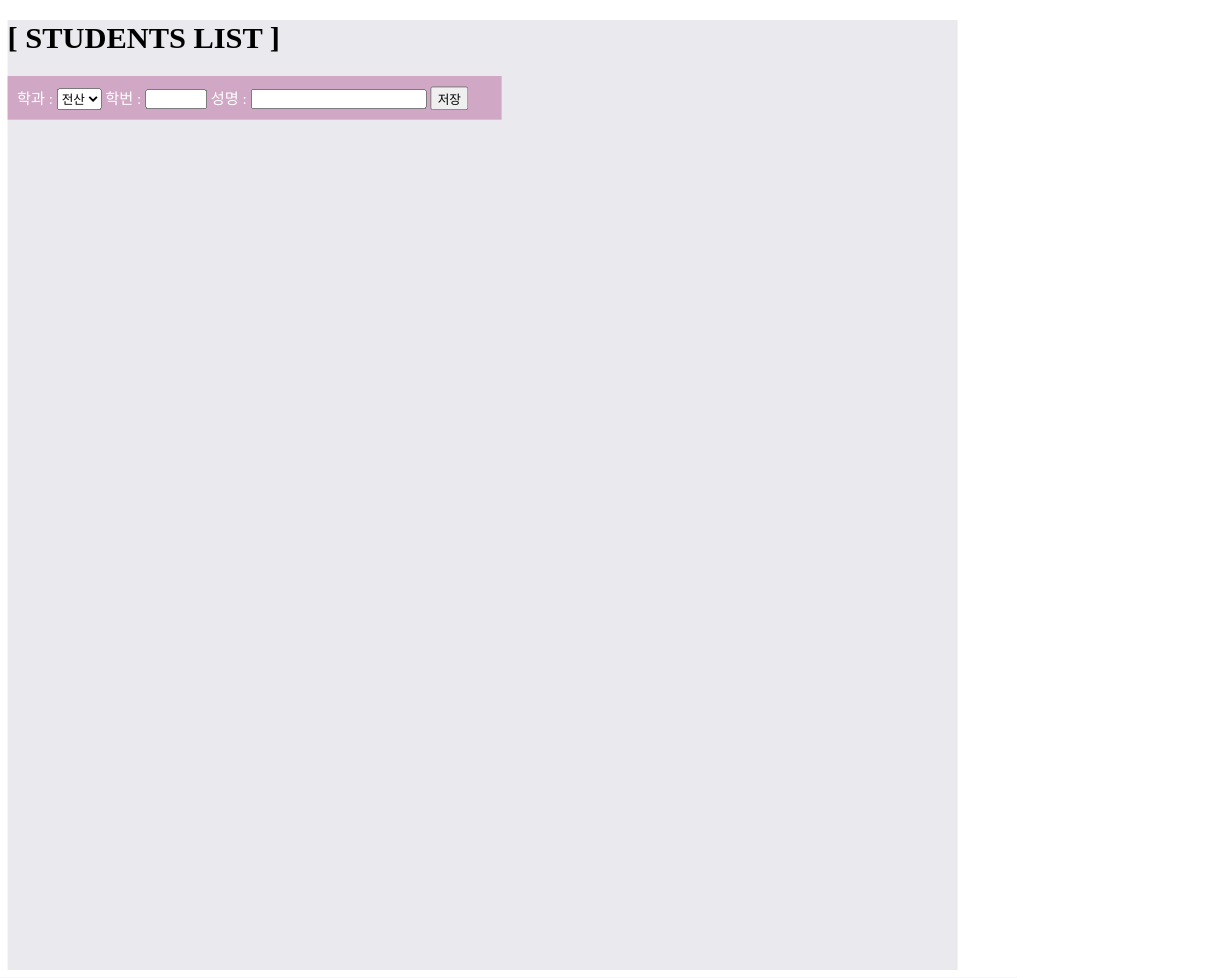
Repository: eeul07/html
Page: ex0508/WebContent/WEB-INF/students/slist.html
The author's editor kept a copy of each file at every save. The page is drawn from the files as they stood at one save, then again after the next save.
The browser window is 1280 px wide. The pictures show the whole page, at 95% of full size.
Some web libraries are served in a nearby version.

Above is the page before, as saved 2020-05-08 01:06:07.

After the next save:
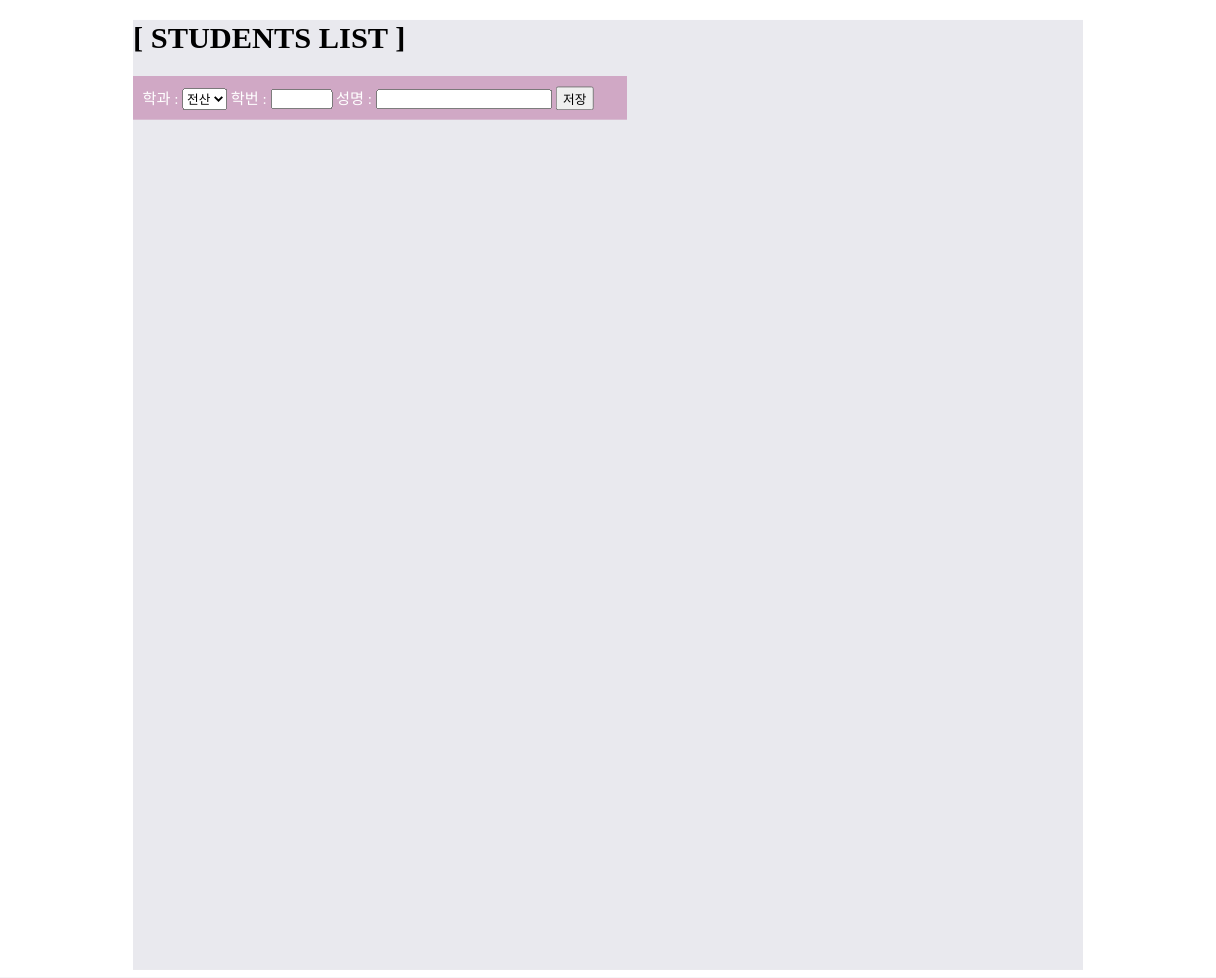
Saved 14 s later.
--- a/ex0508/WebContent/WEB-INF/students/slist.html
+++ b/ex0508/WebContent/WEB-INF/students/slist.html
@@ -6,7 +6,7 @@
 	<script src="http://code.jquery.com/jquery-1.9.1.js"></script>
 	<script src="https://cdnjs.cloudflare.com/ajax/libs/handlebars.js/3.0.1/handlebars.js"></script>
 	<style>
-		#page{background:#E9E9EE; width:1000px; height:1000px;}
+		#page{background:#E9E9EE; width:1000px; height:1000px; margin:auto;}
 		select{height:23px;}
 		#students{background:#D0A8C5; color:white; width:500px; padding:10px; margin-bottom:20px;}
 		#tbl{margin:10px; width:450px;}
